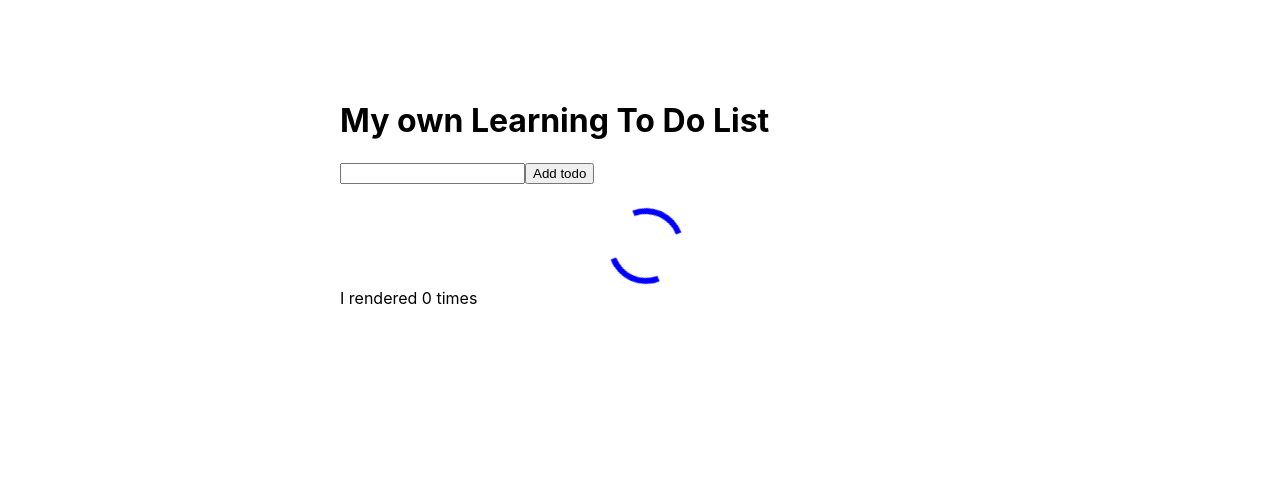
Repository: ArusyakAghajanyan/To-Do
Page: /
An editor plug-in stored every save of this project. The page is shown before and after a run of saves, followed by the edit.
The browser window is 1280 px wide. The pictures show the whole page.
The page's requests for data from a server got no answer. The project was rebuilt for these pictures with package versions that can differ from the ones it lists, and the page was loaded fresh each time. No one was signed in, and anything a server would have sent is missing. Also part of the build but not shown: src/Todo/TodoItem.js, src/Todo/TodoList.js.

Above is the page before, as saved 2022-03-14 09:57:14.

After the next 2 saves:
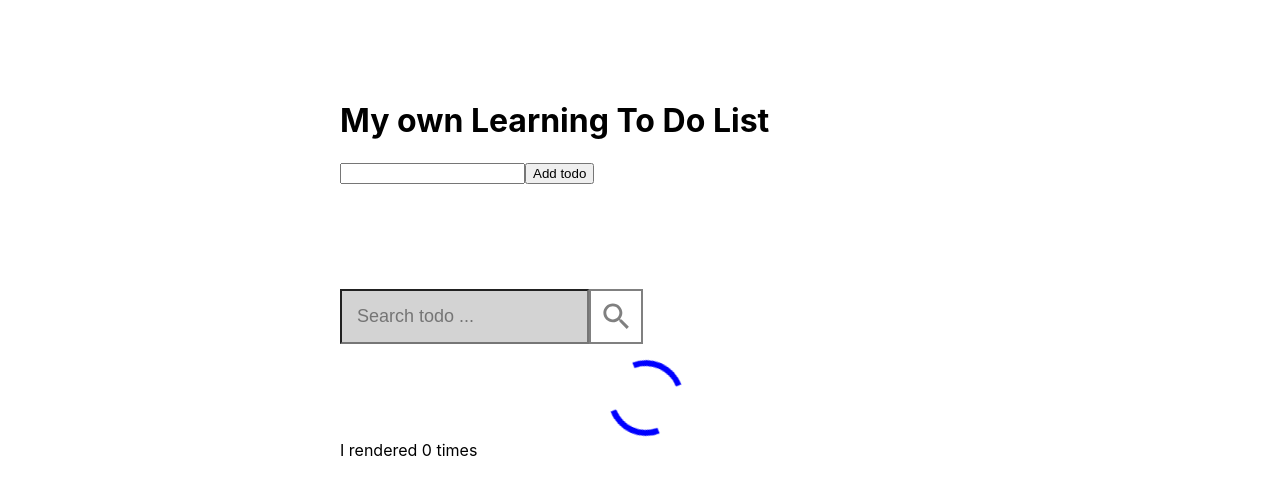
The 2 saves are shown as one change because they came seconds apart.
The last was saved 8 s later.
--- a/src/App.js
+++ b/src/App.js
@@ -67,6 +67,7 @@ useEffect(() => {
       <React.Suspense fallback={<p>Loading...</p>}>
 
       <AddTodo onCreate={addTodo} />
+      <SearchBar placeholder="Search todo ..." data={todos} />
       </React.Suspense>
       {loading && <Loader />}
       {todos.length ? (
